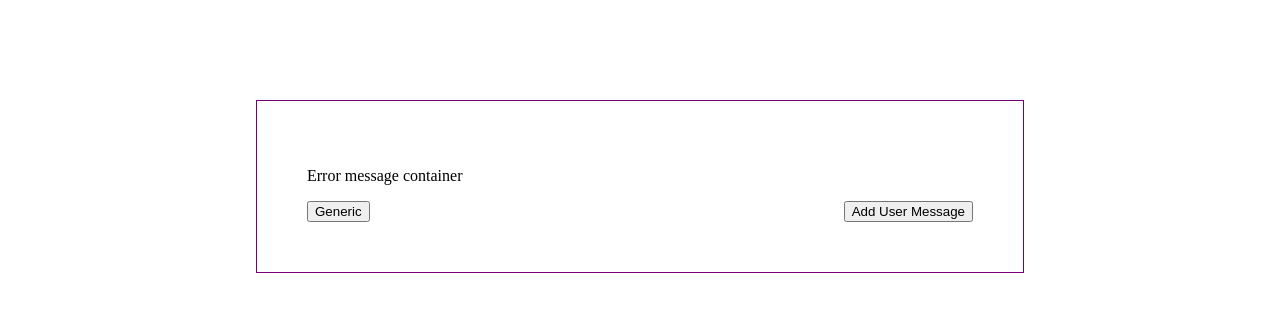
Repository: codeandcloud/message-demo
Page: index.html
An editor plug-in stored every save of this project. The page is shown before and after the next save, followed by the edit.
The browser window is 1280 px wide. The pictures show the whole page.

Above is the page before, as saved 2020-05-29 11:07:11.

### index.html
<!DOCTYPE html>
<html lang="en">
<head>
    <meta charset="UTF-8">
    <meta name="viewport" content="width=device-width, initial-scale=1.0">
    <title>ES6 - Messages</title>

    <script src="scripts/jquery.min.js"></script>

    <script src="shared/globals.js" type="text/javascript"></script>
    <script src="pages/home.js" type="text/javascript"></script>
</head>
<body style="margin:100px 20%;">
    <div style="border:1px #707 solid; padding:50px; margin:0 auto;">
        <p id="result">Error message container</p>
        <div style="display:flex; justify-content:space-between;">
            <button id="show-generic-message">Generic</button>
            <button id="show-add-user-message">Add User Message</button>
        </div>
    </div>
</body>
</html>

### shared/globals.js
var appMessage = {
  genericError: 'An error occured',
  genericMessage: 'General message for the app',
  //....,
  index: {
    addUserSuccessMessage: 'Add user successful', // Specific message for a page
    //....,
  }
};

### pages/home.js

$(document).ready(() => {

  $('#show-generic-message').click(evt =>{
    evt.preventDefault();
    alert(appMessage.genericError);
  });

  $('#show-add-user-message').click(evt =>{
    evt.preventDefault();
    alert(appMessage.index.addUserSuccessMessage);
  });

});

Loaded but not shown: scripts/jquery.min.js (library)

After the next save:
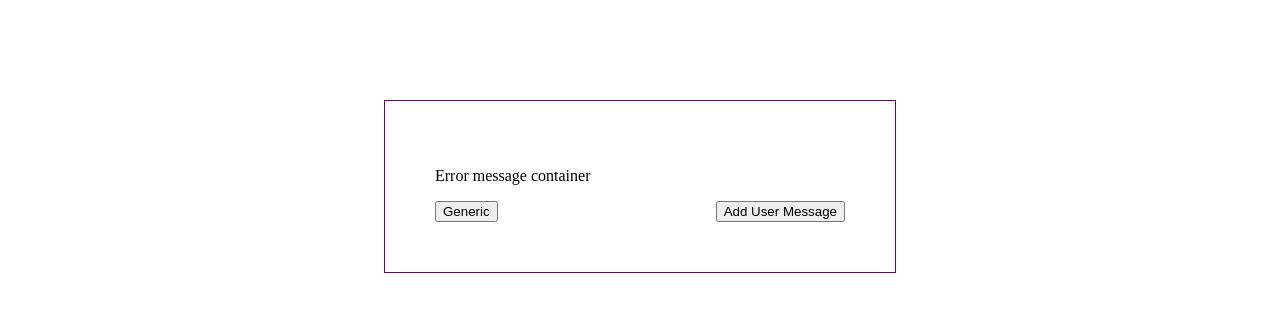
Saved 11 s later.
--- a/index.html
+++ b/index.html
@@ -10,7 +10,7 @@
     <script src="shared/globals.js" type="text/javascript"></script>
     <script src="pages/home.js" type="text/javascript"></script>
 </head>
-<body style="margin:100px 20%;">
+<body style="margin:100px 30%;">
     <div style="border:1px #707 solid; padding:50px; margin:0 auto;">
         <p id="result">Error message container</p>
         <div style="display:flex; justify-content:space-between;">
